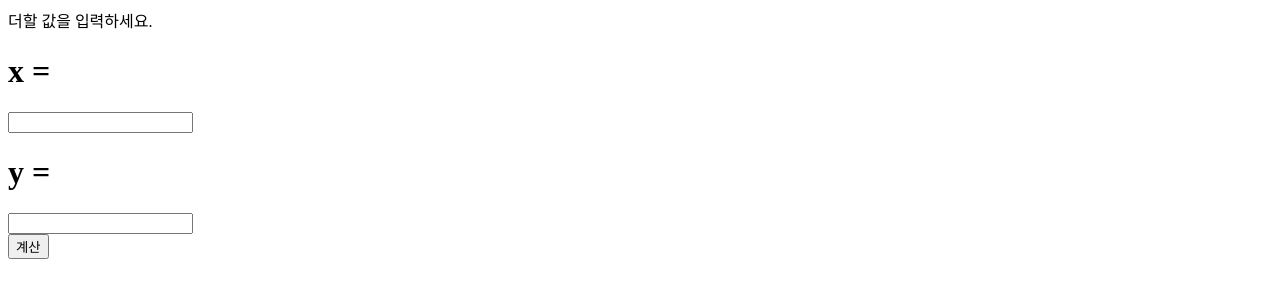
Repository: jocod98/servlet-jsp
Page: JSPPrj/src/main/webapps/add.html
The author's editor kept a copy of each file at every save. The page is drawn from the files as they stood at one save, then again after the next save.
The browser window is 1280 px wide. The pictures show the whole page.

Above is the page before, as saved 2023-01-10 06:02:47.

### JSPPrj/src/main/webapps/add.html
<!DOCTYPE html>
<html>
<head>
<meta charset="UTF-8">
<title>Insert title here</title>
</head>
<body>
<div>
	<form action = "add">
	<div>
	<label>더할 값을 입력하세요.</label>
	</div>
	<div>
		<h1>x = </h1><input type ="text" name = "x" />
	</div>
	<div>
		<h1>y = </h1><input type ="text" name = "y" />
	</div>
	<div>
		<input type = "submit" value ="계산"/>
	</div>
	</form>
</div>
</body>
</html>

After the next save:
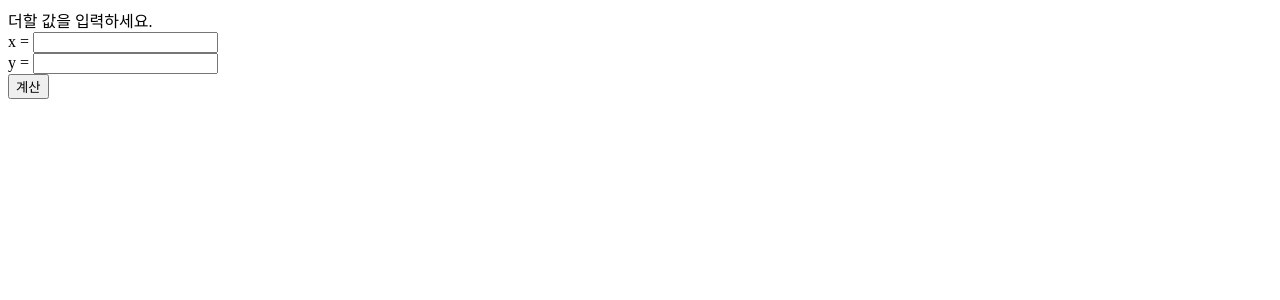
Saved 114 s later.
--- a/JSPPrj/src/main/webapps/add.html
+++ b/JSPPrj/src/main/webapps/add.html
@@ -11,10 +11,10 @@
 	<label>더할 값을 입력하세요.</label>
 	</div>
 	<div>
-		<h1>x = </h1><input type ="text" name = "x" />
+		<label>x = </label><input type ="text" name = "x" />
 	</div>
 	<div>
-		<h1>y = </h1><input type ="text" name = "y" />
+		<label>y  = </label><input type ="text" name = "y" />
 	</div>
 	<div>
 		<input type = "submit" value ="계산"/>
